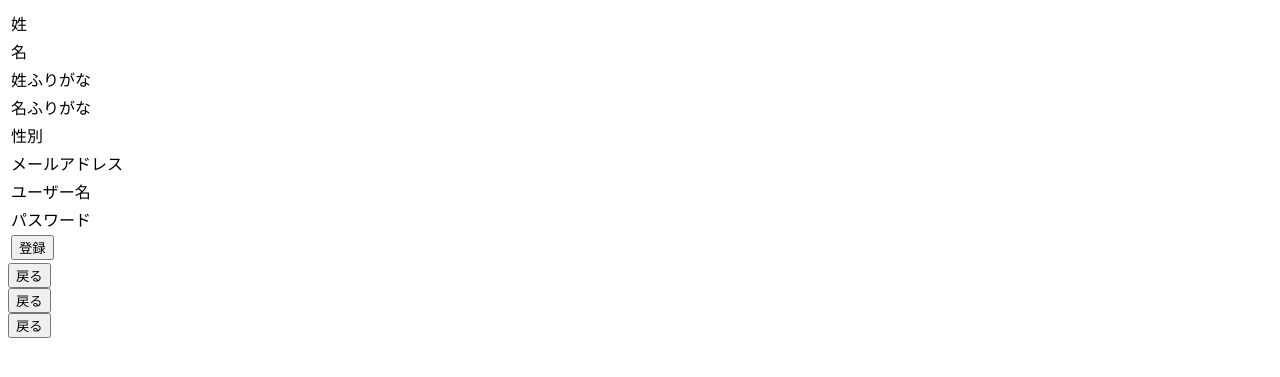
Repository: ryuhei0204/test
Page: http://localhost/Mytest/createConfirm.jsp
These files come from the project's save history. The page is drawn as it stood at one moment and after the next save; the edit follows.
The browser window is 1280 px wide. The pictures show the whole page.
The page is served by Tomcat 9. Other server files are loaded and not shown.

Above is the page before, as saved 2019-06-25 05:40:52.

### Mytest/WebContent/createConfirm.jsp
<%@ page language="java" contentType="text/html; charset=UTF-8"
    pageEncoding="UTF-8"%>
<%@ taglib prefix = "s" uri = "/struts-tags" %>

<!DOCTYPE html PUBLIC "-//W3C//DTD HTML 4.01 Transitional//EN" "http://www.w3.org/TR/html4/loose.dtd">
<html>
<head>
<meta http-equiv="Content-Type" content="text/html; charset=UTF-8">
<title>登録確認画面</title>
</head>
<body>
<form action = "CreateCompleteAction">
<table>
   <tr>
      <td><label>姓</label></td>
      <td><s:property value = "sei"/><s:hidden name ="sei" value ="%{sei}"/></td>
   </tr>

   <tr>
      <td><label>名</label></td>
      <td><s:property value = "mei"/><s:hidden name ="mei" value ="%{mei}"/></td>
   </tr>

   <tr>
      <td><label>姓ふりがな</label></td>
      <td><s:property value = "seikana"/><s:hidden name ="seikana" value ="%{seikana}"/></td>
   </tr>

   <tr>
      <td><label>名ふりがな</label></td>
      <td><s:property value = "meikana"/><s:hidden name ="meikana" value ="%{meikana}"/></td>
   </tr>

   <tr>
      <td><label>性別</label></td>
      <td><s:if test = 'seibetu == 0'>男性</s:if><s:elseif test = 'seibetu == 1'>女性</s:elseif><s:hidden name = "seibetu" value = "%{seibetu}"/></td>
   </tr>

   <tr>
      <td><label>メールアドレス</label></td>
      <td><s:property value ="mail"/><s:hidden name ="mail" value ="%{mail}"/></td>
   </tr>

   <tr>
      <td><label>ユーザー名</label></td>
      <td><s:property value = "userId"/><s:hidden name ="userId" value ="%{userId}"/></td>
   </tr>

   <tr>
      <td><label>パスワード</label></td>
      <td><s:property value = "password"/><s:hidden name ="password" value ="%{password}"/></td>
   </tr>

   <tr>
      <td><input type = "submit" value = "登録"/></td>
   </tr>
</table>
<div><input type = "button" onclick = "formSubmit(this, 'CreateAction')" value = "戻る"/></div>
</form>
<input type = "button" onclick="location.href='CreateAction'" value = "戻る"/>
<form action = "CreateAction" method = "post">
<input type = "submit" value = "戻る"/>
</form>
</body>
</html>

After the next save:
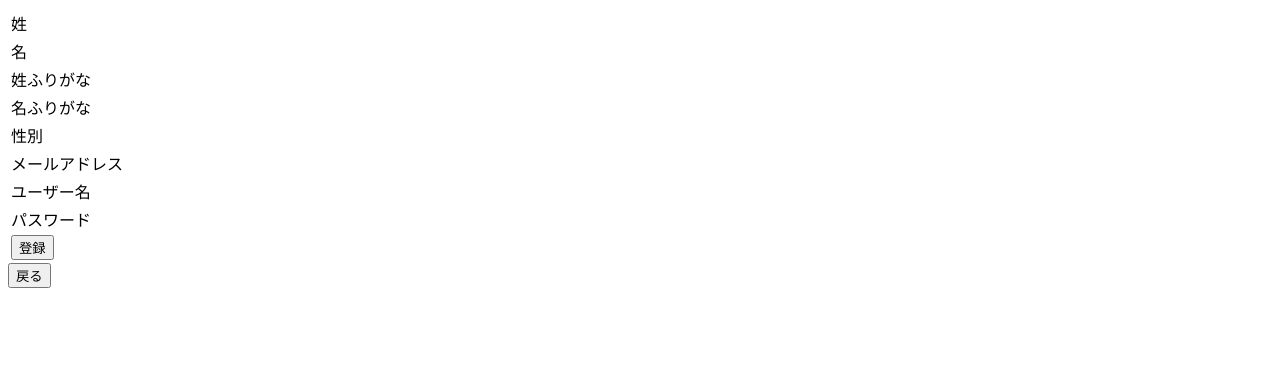
Saved 2 min 34 s later.
--- a/Mytest/WebContent/createConfirm.jsp
+++ b/Mytest/WebContent/createConfirm.jsp
@@ -57,9 +57,9 @@
 </table>
 <div><input type = "button" onclick = "formSubmit(this, 'CreateAction')" value = "戻る"/></div>
 </form>
-<input type = "button" onclick="location.href='CreateAction'" value = "戻る"/>
-<form action = "CreateAction" method = "post">
-<input type = "submit" value = "戻る"/>
-</form>
+<!-- <input type = "button" onclick="location.href='CreateAction'" value = "戻る"/> -->
+<!-- <form action = "CreateAction" method = "post"> -->
+<!-- <input type = "submit" value = "戻る"/> -->
+<!-- </form> -->
 </body>
 </html>

After the save that followed:
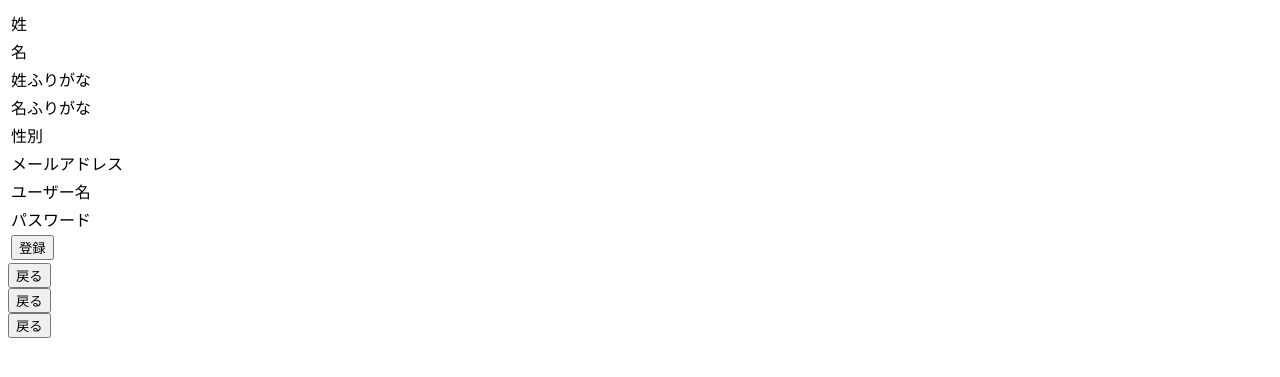
Saved 25 s later.
--- a/Mytest/WebContent/createConfirm.jsp
+++ b/Mytest/WebContent/createConfirm.jsp
@@ -57,9 +57,9 @@
 </table>
 <div><input type = "button" onclick = "formSubmit(this, 'CreateAction')" value = "戻る"/></div>
 </form>
-<!-- <input type = "button" onclick="location.href='CreateAction'" value = "戻る"/> -->
-<!-- <form action = "CreateAction" method = "post"> -->
-<!-- <input type = "submit" value = "戻る"/> -->
-<!-- </form> -->
+<input type = "button" onclick="location.href='CreateAction'" value = "戻る"/>
+<form action = "CreateAction" method = "post">
+<input type = "submit" value = "戻る"/>
+</form>
 </body>
 </html>
